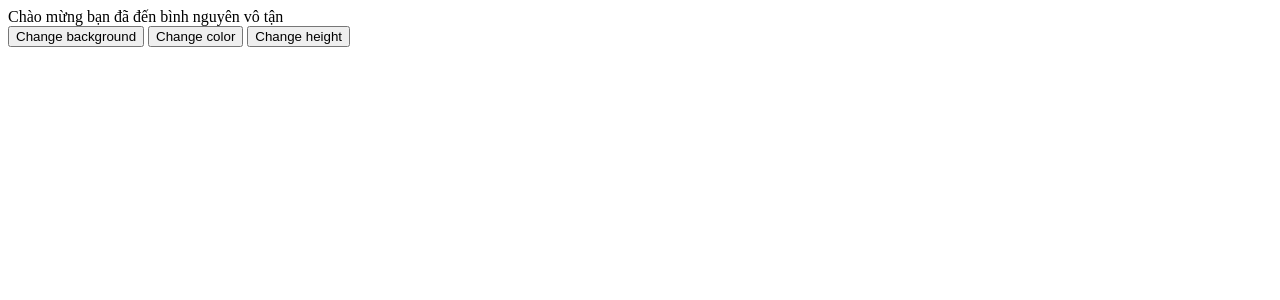
Repository: Pr-DuyTam/HTML-CSS-JS-PHP
Page: Javascript/Lập trình hướng đối tượng trong JS/Dom CSS(50).htm
The author's editor kept a copy of each file at every save. The page is drawn from the files as they stood at one save, then again after the next save.
The browser window is 1280 px wide. The pictures show the whole page.

Above is the page before, as saved 2023-08-23 09:22:56.

### Javascript/Lập trình hướng đối tượng trong JS/Dom CSS(50).htm
<!DOCTYPE html>
<html lang="en">
<head>
    <meta charset="UTF-8">
    <meta name="viewport" content="width=device-width, initial-scale=1.0">
    <title>DOM CSS</title>
</head>
<body>
    <script>
        function change_background()
        {
            document.getElementById("message").style.background = 'red';
        }
        function change_color()
        {
            document.getElementById("message").style.color = 'blue';
        }
        function change_font_size()
        {
            document.getElementById("message").style.fontSize = '30px';
        }
        function change_height()
        {
            document.getElementById("message").style.height = '500px';
        }
    </script>

    <div id="message">
        Chào mừng bạn đã đến bình nguyên vô tận
    </div>
    <input type="button" value="Change background" onclick="change_background()"/>
    <input type="button" value="Change color" onclick="change_color()"/>
    <input type="button" value="Change height" onclick="change_height()"/>
</body>
</html>

After the next save:
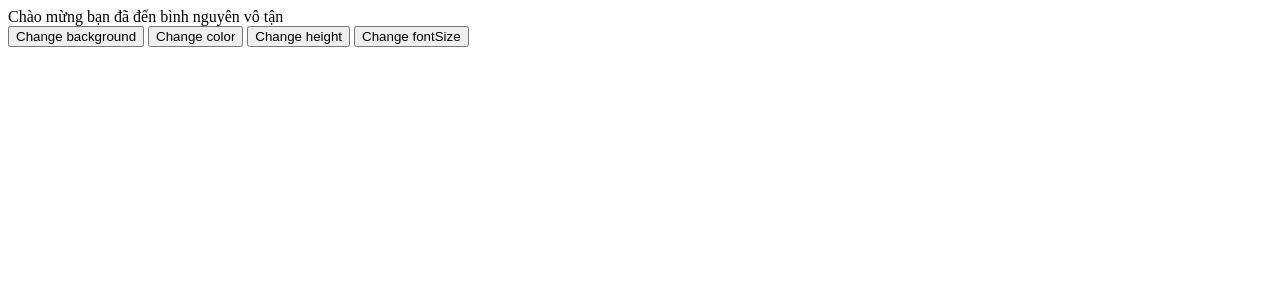
Saved 21 s later.
--- a/Javascript/Lập trình hướng đối tượng trong JS/Dom CSS(50).htm
+++ b/Javascript/Lập trình hướng đối tượng trong JS/Dom CSS(50).htm
@@ -31,5 +31,6 @@
     <input type="button" value="Change background" onclick="change_background()"/>
     <input type="button" value="Change color" onclick="change_color()"/>
     <input type="button" value="Change height" onclick="change_height()"/>
+    <input type="button" value="Change fontSize" onclick="change_font_size()"/>
 </body>
 </html>
